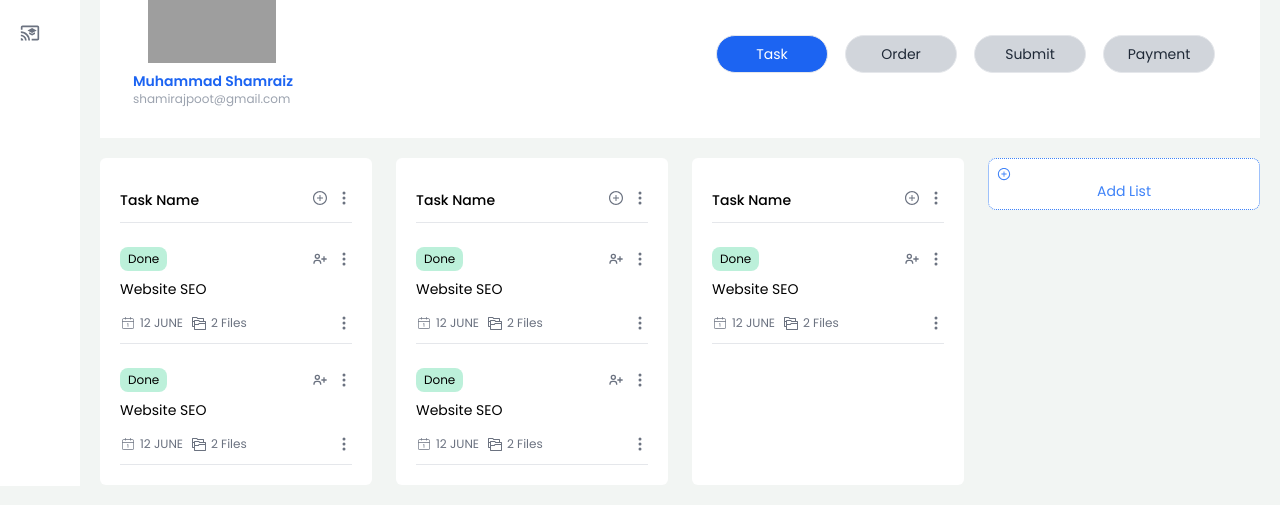
Repository: Shamraiz761/Frontend-Assessment
Page: /
The author's editor kept a copy of each file at every save. The page is drawn from the files as they stood at one save, then again after the next save.
The browser window is 1280 px wide. The pictures show the part of the page from y = 234 to 739 px (the page is 739 px tall).
Pictures or frames that could not be fetched are drawn as grey boxes. The project was rebuilt for these pictures with package versions that can differ from the ones it lists, and the page was loaded fresh each time. Also part of the build but not shown: vite.config.js. Imported but missing from the stored project, and not drawn on this page: src/pages/auth/login.

Above is the page before, as saved 2023-06-09 12:33:04.

### src/main.jsx
import ReactDOM from 'react-dom/client'

import React from 'react'

import App from './App.jsx'
import './index.css'

ReactDOM.createRoot(document.getElementById('root')).render(
  <React.StrictMode>
    <App />
  </React.StrictMode>,
)

### src/App.jsx
import React from 'react'
import { DndProvider } from 'react-dnd'
import { HTML5Backend } from 'react-dnd-html5-backend'
import 'flowbite'

import AppRoutes from './routes'

export default function App() {
  return (
    <DndProvider backend={HTML5Backend}>
      <AppRoutes />
    </DndProvider>
  )
}

### src/index.css
@import url("https://fonts.googleapis.com/css2?family=Poppins:wght@400;500;600;700;800;900&display=swap");

@tailwind base;
@tailwind components;
@tailwind utilities;

* {
  margin: 0;
  padding: 0;
}

body {
  margin: 0;
  font-family: "Poppins", -apple-system, BlinkMacSystemFont, "Segoe UI",
    "Roboto", "Oxygen", "Ubuntu", "Cantarell", "Fira Sans", "Droid Sans",
    "Helvetica Neue", sans-serif;
  -webkit-font-smoothing: antialiased;
  -moz-osx-font-smoothing: grayscale;
  width: 100vw;
  overflow-x: hidden;
  background-color: #f2f5f3;
  /* background: linear-gradient(180deg, #faefe8 0%, #edc7ac 100%); */
}

code {
  font-family: source-code-pro, Menlo, Monaco, Consolas, "Courier New",
    monospace;
}

.pointer-cursor {
  cursor: pointer;
}

.cusBorder {
  border: 1px solid #000;
  border-radius: 5px;
}

img {
  cursor: pointer;
}
.errors {
  color: #dc3545;
  padding: 0;
  margin: 0;
  font-size: 12px;
}
.loader {
  position: fixed;
  top: 0;
  bottom: 0;
  left: 0;
  right: 0;
  background-color: rgba(47, 151, 161, 0.32);

  display: flex;
  justify-content: center;
  align-items: center;
}

.link {
  color: #000;
  cursor: pointer;
  text-decoration: none;
}
.link:hover {
  color: #000;
}

.trans-btn {
  background-color: transparent;
  border: none;
}
.profile-logout-btn {
  border: 0;
}
.profile-logout-btn:hover {
  border: 0;
}
.profile-btn {
  border-radius: 0;
  border: 0;
}
.logout-btn {
  border-radius: 0;
  border: 0;
}
.logout-btn:hover {
  background-color: rgba(220, 53, 69, 0.5);
  border: 0;
  color: #fff;
}
.breadcrumbs ul {
  list-style: none;
  display: inline-block;
}

.breadcrumbs ul li {
  display: inline;
}

.breadcrumbs ul li .bc-link {
  /* display: block; */
  width: max-content;
  background-color: #f8f9fa;
  padding: 6px 15px 6px 25px;
  text-align: center;
  position: relative;
  margin: 0 10px 0 0;
  font-size: 15px;
  text-decoration: none;
  color: #000;
}
.breadcrumbs ul li .bc-link::after {
  content: "";
  border-top: 17px solid transparent;
  border-bottom: 17px solid transparent;
  border-left: 17px solid #f8f9fa;
  position: absolute;
  top: 0;
  right: -17px;
  z-index: 1;
}
.breadcrumbs ul li .bc-link::before {
  content: "";
  border-top: 17px solid transparent;
  border-bottom: 17px solid transparent;
  border-left: 17px solid #71cdd5;
  position: absolute;
  top: 0;
  left: 0;
}
.breadcrumbs ul li:first-child .bc-link {
  border-top-left-radius: 5px;
  border-bottom-left-radius: 5px;
}
.breadcrumbs ul li:first-child .bc-link::before {
  display: none;
}

.breadcrumbs ul li:last-child .bc-link {
  padding-right: 20px;
  border-top-right-radius: 5px;
  border-bottom-right-radius: 5px;
}
.breadcrumbs ul li:last-child .bc-link::after {
  display: none;
}

@media screen and (max-width: 500px) {
  .breadcrumbs ul li .bc-link {
    /* display: block; */
    padding: 2px 2px 2px 13px;
    /* margin: 0 10px 0 0; */
    font-size: 14px;
  }

  .breadcrumbs ul li .bc-link::after {
    content: "";
    border-top: 11.6px solid transparent;
    border-bottom: 11.6px solid transparent;
    border-left: 11.6px solid #f8f9fa;
    position: absolute;
    top: 0;
    right: -11.6px;
    z-index: 1;
  }
  .breadcrumbs ul li .bc-link::before {
    content: "";
    border-top: 11.6px solid transparent;
    border-bottom: 11.6px solid transparent;
    border-left: 11.6px solid #71cdd5;
    position: absolute;
    top: 0;
    left: 0;
  }
  .breadcrumbs ul li:last-child .bc-link {
    padding-right: 5px;
  }
}

@media screen and (max-width: 350px) {
  .breadcrumbs ul li .bc-link {
    /* display: block; */
    padding: 2px 2px 2px 12px;
    /* margin: 0 10px 0 0; */
    font-size: 10px;
  }

  .breadcrumbs ul li .bc-link::after {
    content: "";
    border-top: 9px solid transparent;
    border-bottom: 9px solid transparent;
    border-left: 9px solid #f8f9fa;
    position: absolute;
    top: 0;
    right: -9px;
    z-index: 1;
  }
  .breadcrumbs ul li .bc-link::before {
    content: "";
    border-top: 9px solid transparent;
    border-bottom: 9px solid transparent;
    border-left: 9px solid #edc7ac;
    position: absolute;
    top: 0;
    left: 0;
  }
  .breadcrumbs ul li:last-child .bc-link {
    padding-right: 5px;
  }
}

/* ********************************************** */

### src/routes/index.jsx
import {
  createBrowserRouter,
  createRoutesFromElements,
  RouterProvider,
  Route,
} from "react-router-dom";

import * as React from "react";

import Layout from "./layout";
import Root from "./root";

import Home from "../pages/dashboard";
import Login from "../pages/auth/login";
import Header from "../components/header/index";

export default function AppRoutes() {
  const router = createBrowserRouter(
    createRoutesFromElements(
      <Route path="/" element={<Root />}>
        <Route path="/login" element={<Login />} />

        <Route element={<Layout />}>
          <Route path="/" element={<Home />} />
        </Route>
      </Route>
    )
  );

  return <RouterProvider router={router} />;
}

### src/routes/layout.jsx
import { Link, Outlet, useNavigate } from "react-router-dom";
import { Gi3DGlasses } from "react-icons/gi";
import { CgProfile } from "react-icons/cg";
import { BsArrowLeft, BsFillChatSquareTextFill } from "react-icons/bs";
import { MdOutlineDashboard, MdOutlineCastForEducation } from "react-icons/md";

import React, { useState } from "react";
import Header from "../components/header/index";

export default function Layout() {
  const [open, setOpen] = useState(false);
  const [type, setType] = useState(false);
  const navigate = useNavigate();
  return (
    <div>
      {/* {loading && <LoadingSpinner asOverlay />} */}
      <div
        className={` h-screen bg-white  p-3 ${
          open ? "w-56" : "w-20"
        } fixed top-0 sidebar z-50`}
      >
        {/* Logo */}

        <div className="flex flex-row justify-center">
          <svg
            width="67"
            height="67"
            viewBox="0 0 67 67"
            fill="none"
            xmlns="http://www.w3.org/2000/svg"
            className={` text-4xl block float-left cursor-pointer rounded duration-500 ${
              !open && "rotate-[360deg]"
            }`}
            onClick={() => {
              setOpen(!open);
              setType(false);
            }}
          >
            <path
              d="M22.138 15.2984L30.8759 24.0363C32.3276 25.488 34.7005 25.488 36.1522 24.0363L44.8901 15.2984C47.2351 12.9534 45.588 8.90552 42.238 8.90552H24.7622C21.4401 8.90552 19.7651 12.9534 22.138 15.2984Z"
              fill="#208FF5"
            />
            <path
              d="M22.138 51.7017L30.8759 42.9637C32.3276 41.5121 34.7005 41.5121 36.1522 42.9637L44.8901 51.7017C47.2351 54.0467 45.588 58.0946 42.238 58.0946H24.7622C21.4401 58.0946 19.7651 54.0467 22.138 51.7017Z"
              fill="#208FF5"
            />
            <path
              d="M6.03002 31.9088L12.423 21.8588C13.428 20.2676 15.6614 20.0163 17.0014 21.3563L27.0514 31.4063C28.1959 32.5509 28.1959 34.4213 27.0514 35.5659L17.0014 45.6159C15.6614 46.9559 13.456 46.7047 12.423 45.1134L6.03002 35.0634C5.44377 34.1142 5.44377 32.8859 6.03002 31.9088Z"
              fill="#208FF5"
            />
            <path
              d="M60.9701 31.9088L54.5771 21.8588C53.5721 20.2676 51.3387 20.0163 49.9987 21.3563L39.9488 31.4063C38.8042 32.5509 38.8042 34.4213 39.9488 35.5659L49.9987 45.6159C51.3387 46.9559 53.5442 46.7047 54.5771 45.1134L60.9701 35.0634C61.5563 34.1142 61.5563 32.8859 60.9701 31.9088Z"
              fill="#208FF5"
            />
          </svg>
        </div>

        {/* Search */}

        <ul className="pt-2">
          {/* Dashboard */}
          <Link
            to="/"
            className={` rounded-md text-gray-500  text-xs flex items-center gap-x-4 cursor-pointer hover:bg-gray-50 hover:text-blue-500 py-4 p-2`}
          >
            <span className="text-xl block float-left">
              <MdOutlineDashboard />
            </span>
            <span
              className={` text-sm font-md flex-1
          ${!open && "hidden"}`}
            >
              Marketplace
            </span>
          </Link>

          <Link
            className={` rounded-md text-gray-500  text-xs flex items-center gap-x-4 cursor-pointer hover:bg-gray-50 hover:text-blue-500 py-4 p-2`}
            to="/profile"
          >
            <span className="text-xl block float-left">
              <CgProfile />
            </span>
            <span
              className={` text-xs font-md flex-1
          ${!open && "hidden"}`}
            >
              Profile
            </span>
          </Link>

          {/* Lens */}
          <Link
            className={` rounded-md text-gray-500  text-xs flex items-center gap-x-4 cursor-pointer hover:bg-gray-50 hover:text-blue-500 py-4 p-2`}
            to="/chat"
          >
            <span className="text-lg block float-left">
              <BsFillChatSquareTextFill />
            </span>
            <span
              className={` text-xs font-md flex-1
          ${!open && "hidden"}`}
            >
              Chat
            </span>
          </Link>

          {/* Orders */}
          <Link
            className={` rounded-md text-gray-500  text-xs flex items-center gap-x-4 cursor-pointer hover:bg-gray-50 hover:text-blue-500 py-4 p-2`}
            to="/education"
          >
            <span className="text-xl block float-left">
              <MdOutlineCastForEducation />
            </span>
            <span
              className={` text-xs font-md flex-1
          ${!open && "hidden"}`}
            >
              Education
            </span>
          </Link>
        </ul>
      </div>
      <div className={` ${open ? "ml-56" : "ml-20"}`}>
        <Header />
        <Outlet />
      </div>
    </div>
  );
}

### src/routes/root.jsx
import { Outlet } from 'react-router-dom'

import React from 'react'

export default function Root() {
    return (
        <Outlet />
    )
}

### src/pages/Dashboard/index.jsx
import { AiOutlinePlusCircle } from "react-icons/ai";
import { BsThreeDotsVertical } from "react-icons/bs";

import React from "react";

import "./index.css";
import Profile from "../../components/dashboard/profile";
import Card from "../../components/dashboard/card";

function Home() {
  return (
    <div>
      <Profile />
      <div className="m-5 grid grid-cols-1 sm:grid-cols-2 md:grid-cols-3 lg:grid-cols-4 gap-6 ">
        <div className="bg-white p-5 rounded-md">
          <div className="flex flex-row justify-between py-3 border-b">
            <div className="text-sm font-medium">Task Name</div>
            <div className="flex flex-row text-gray-500">
              <AiOutlinePlusCircle className="mr-2" />
              <BsThreeDotsVertical />
            </div>
          </div>
          <Card />
          <Card />
        </div>
        <div className="bg-white p-5 rounded-md">
          <div className="flex flex-row justify-between py-3 border-b">
            <div className="text-sm font-medium">Task Name</div>
            <div className="flex flex-row text-gray-500">
              <AiOutlinePlusCircle className="mr-2" />
              <BsThreeDotsVertical />
            </div>
          </div>
          <Card />
          <Card />
        </div>
        <div className="bg-white p-5 rounded-md">
          <div className="flex flex-row justify-between py-3 border-b">
            <div className="text-sm font-medium">Task Name</div>
            <div className="flex flex-row text-gray-500">
              <AiOutlinePlusCircle className="mr-2" />
              <BsThreeDotsVertical />
            </div>
          </div>
          <Card />
        </div>

        <div>
          <button
            data-modal-target="defaultModal"
            data-modal-toggle="defaultModal"
            className="bg-white text-blue-500 rounded-lg border border-dotted border-blue-500 px-2 py-2 text-sm w-full"
            type="button"
          >
            <AiOutlinePlusCircle className="mr-2" /> Add List
          </button>
          <div>
            <div
              id="defaultModal"
              tabIndex={-1}
              aria-hidden="true"
              className="fixed top-0 left-0 right-0 z-50 hidden w-full p-4 overflow-x-hidden overflow-y-auto md:inset-0 h-[calc(100%-1rem)] max-h-full"
            >
              <div className="relative w-full max-w-2xl max-h-full">
                {/* Modal content */}
                <div className="relative bg-white rounded-lg shadow dark:bg-gray-700">
                  {/* Modal header */}
                  <div className="flex items-start justify-between p-4 border-b rounded-t dark:border-gray-600">
                    <h3 className="text-xl font-semibold text-gray-900 dark:text-white">
                      Terms of Service
                    </h3>
                    <button
                      type="button"
                      className="text-gray-400 bg-transparent hover:bg-gray-200 hover:text-gray-900 rounded-lg text-sm p-1.5 ml-auto inline-flex items-center dark:hover:bg-gray-600 dark:hover:text-white"
                      data-modal-hide="defaultModal"
                    >
                      <svg
                        aria-hidden="true"
                        className="w-5 h-5"
                        fill="currentColor"
                        viewBox="0 0 20 20"
                        xmlns="http://www.w3.org/2000/svg"
                      >
                        <path
                          fillRule="evenodd"
                          d="M4.293 4.293a1 1 0 011.414 0L10 8.586l4.293-4.293a1 1 0 111.414 1.414L11.414 10l4.293 4.293a1 1 0 01-1.414 1.414L10 11.414l-4.293 4.293a1 1 0 01-1.414-1.414L8.586 10 4.293 5.707a1 1 0 010-1.414z"
                          clipRule="evenodd"
                        />
                      </svg>
                      <span className="sr-only">Close modal</span>
                    </button>
                  </div>
                  {/* Modal body */}
                  <div className="p-6 space-y-6">
                    <p className="text-base leading-relaxed text-gray-500 dark:text-gray-400">
                      With less than a month to go before the European Union
                      enacts new consumer privacy laws for its citizens,
                      companies around the world are updating their terms of
                      service agreements to comply.
                    </p>
                    <p className="text-base leading-relaxed text-gray-500 dark:text-gray-400">
                      The European Union’s General Data Protection Regulation
                      (G.D.P.R.) goes into effect on May 25 and is meant to
                      ensure a common set of data rights in the European Union.
                      It requires organizations to notify users as soon as
                      possible of high-risk data breaches that could personally
                      affect them.
                    </p>
                  </div>
                  {/* Modal footer */}
                  <div className="flex items-center p-6 space-x-2 border-t border-gray-200 rounded-b dark:border-gray-600">
                    <button
                      data-modal-hide="defaultModal"
                      type="button"
                      className="text-white bg-blue-700 hover:bg-blue-800 focus:ring-4 focus:outline-none focus:ring-blue-300 font-medium rounded-lg text-sm px-5 py-2.5 text-center dark:bg-blue-600 dark:hover:bg-blue-700 dark:focus:ring-blue-800"
                    >
                      I accept
                    </button>
                    <button
                      data-modal-hide="defaultModal"
                      type="button"
                      className="text-gray-500 bg-white hover:bg-gray-100 focus:ring-4 focus:outline-none focus:ring-blue-300 rounded-lg border border-gray-200 text-sm font-medium px-5 py-2.5 hover:text-gray-900 focus:z-10 dark:bg-gray-700 dark:text-gray-300 dark:border-gray-500 dark:hover:text-white dark:hover:bg-gray-600 dark:focus:ring-gray-600"
                    >
                      Decline
                    </button>
                  </div>
                </div>
              </div>
            </div>
          </div>
        </div>
      </div>
    </div>
  );
}
export default Home;

### src/components/header/index.jsx
import { IoIosNotifications } from "react-icons/io";

import React from "react";
import { CgProfile } from "react-icons/cg";

function Header() {
  return (
    <div>
      {/* component */}
      <nav className=" bg-white w-full flex relative justify-between items-center mx-auto px-8 py-4 h-16">
        {/* search bar */}
        <div className="hidden sm:block flex-shrink flex-grow-0 justify-start px-2">
          <div className="inline-block">
            <div className="inline-flex items-center max-w-full">
              <input
                className="flex items-center text-gray-400 bg-slate-50 justify-between  flex-grow-0  relative w-72 border rounded-lg  py-1"
                type="search"
                placeholder="Search"
              />

              <div className="flex items-center justify-center relative  h-8 w-24 rounded-full"></div>
            </div>
          </div>
        </div>

        <div className="flex-initial">
          <div className="flex justify-end items-center relative">
            <div className="block">
              <div className="inline relative sm:flex sm:flex-row sm:justify-center">
                <button
                  type="button"
                  className="inline-flex items-center relative px-2  rounded-full hover:shadow-lg"
                >
                  <IoIosNotifications className="text-gray-400 text-xl" />
                </button>
                <button
                  type="button"
                  className="inline-flex items-center relative px-2  rounded-full hover:shadow-lg"
                >
                  <CgProfile className="text-gray-400 text-xl" />
                </button>
              </div>
            </div>
          </div>
        </div>
        {/* end login */}
      </nav>
    </div>
  );
}

export default Header;

### src/pages/Dashboard/index.css
.dashboard-cover-iamge{
    background: url("../../assets/images/dashboard-back.png");
    background-position: center;
    background-repeat: no-repeat;
    background-size: cover;

}

### src/components/dashboard/profile.jsx
import profile from "../../assets/images/Ellipse 1631.png";

import React from "react";

function Profile() {
  return (
    <div className="m-5  w-[11/12] md:h-72 h-[360px]  bg-white">
      <div className="dashboard-cover-iamge h-[150px]  w-[100%]"></div>
      <div className="grid lg:grid-cols-2 grid-cols-1 md:grid-cols-2 flex-row justify-between flex-wrap">
        <div className="ml-12">
          <img src={profile} className="h-32 w-32 mt-[-65px]  " />
          <h1 className="text-blue-600 font-semibold text-sm ml-[-15px] mt-2">
            Muhammad Shamraiz
          </h1>
          <p className="text-gray-400 text-xs font-thin ml-[-15px]">
            shamirajpoot@gmail.com
          </p>
        </div>
        <div className="grid my-3 grid-cols-2 lg:grid-cols-4 md:justify-end justify-between mx-8 items-center ">
          <button className="btn border  rounded-full w-24 lg:w-28 m-1  px-4 py-2 bg-blue-600 text-sm  text-white">
            Task
          </button>
          <button className="btn border  rounded-full w-24 lg:w-28 m-1 px-4 py-2 bg-gray-300 text-sm  text-gray-800">
            Order
          </button>
          <button className="btn border  rounded-full w-24 lg:w-28  m-1 px-4 py-2 bg-gray-300 text-sm  text-gray-800">
            Submit
          </button>
          <button className="btn border  rounded-full w-24 lg:w-28 m-1 px-4 py-2 bg-gray-300 text-sm  text-gray-800">
            Payment
          </button>
        </div>
      </div>
    </div>
  );
}

export default Profile;

### src/components/dashboard/card.jsx
import { BiUserPlus } from "react-icons/bi";
import { CiCalendarDate } from "react-icons/ci";
import { VscFileSubmodule } from "react-icons/vsc";
import { BsThreeDotsVertical } from "react-icons/bs";

import React from "react";

function Card() {
  return (
    <div className="border-b py-3">
      <div className="flex flex-row justify-between mt-3 ">
        <span className="bg-green-200 px-2 py-1 rounded-lg text-xs font-thin">
          Done
        </span>
        <div className="flex flex-row text-gray-500 mt-1">
          <BiUserPlus className="mr-2 " />
          <BsThreeDotsVertical />
        </div>
      </div>
      <h1 className="text-sm my-2">Website SEO</h1>

      <div className="flex flex-row justify-between mt-3">
        <div className="flex flex-row">
          <div className="flex flex-row text-gray-500 mt-1">
            <CiCalendarDate className="mr-1" />
            <p className="text-xs font-thin text-gray-500 mr-2">12 JUNE</p>
          </div>
          <div className="flex flex-row text-gray-500 mt-1">
            <VscFileSubmodule className="mr-1" />
            <p className="text-xs font-thin text-gray-500 mr-2">2 Files</p>
          </div>
        </div>
        <div className="flex flex-row text-gray-500 mt-1">
          <BsThreeDotsVertical />
        </div>
      </div>
    </div>
  );
}

export default Card;

### tailwind.config.cjs
const colors = require('tailwindcss/colors');
const defaultTheme = require('tailwindcss/defaultTheme');

module.exports = {
  content: ['./src/**/*.{js,jsx,ts,tsx}', "node_modules/flowbite/**/*.js"],
  theme: {
    extend: {
      colors: {
        // set primary color from figma
        // primary: {
        // },
      },
      fontFamily: {
        poppins: ['Poppins', ...defaultTheme.fontFamily.sans],
      },
      fontSize: {
        xxs: '0.5rem',
      },
    },
  },
  plugins: [
    require('flowbite/plugin')
  ],

};

Loaded but not shown: index.html (common file)

After the next save:
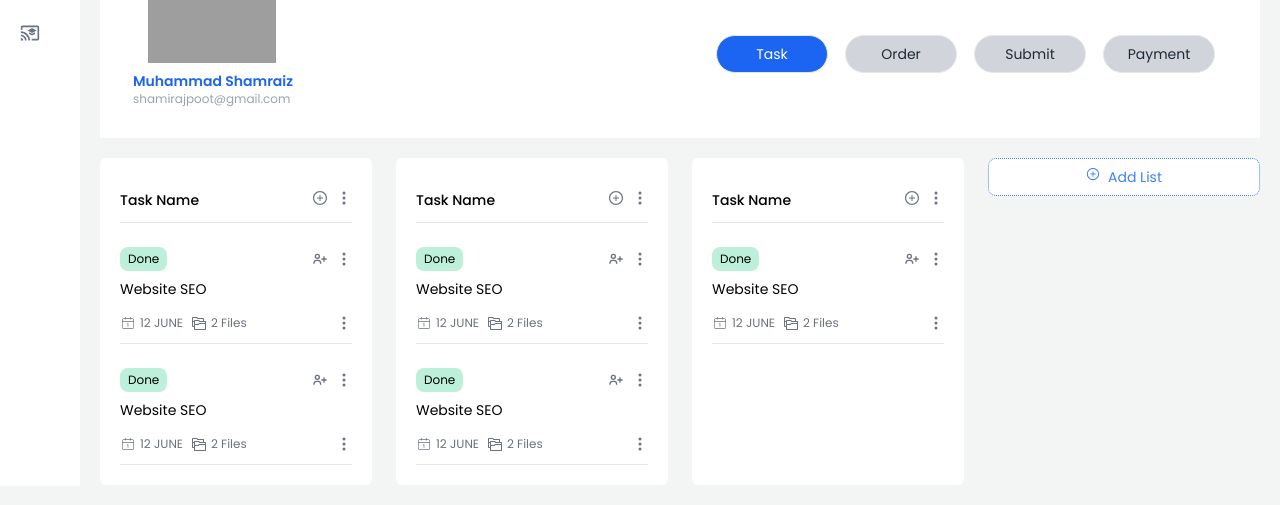
Saved 70 s later.
--- a/src/pages/Dashboard/index.jsx
+++ b/src/pages/Dashboard/index.jsx
@@ -49,10 +49,11 @@ function Home() {
           <button
             data-modal-target="defaultModal"
             data-modal-toggle="defaultModal"
-            className="bg-white text-blue-500 rounded-lg border border-dotted border-blue-500 px-2 py-2 text-sm w-full"
+            className="bg-white flex flex-row justify-center text-blue-500 rounded-lg border border-dotted border-blue-500 px-2 py-2 text-sm w-full"
             type="button"
           >
-            <AiOutlinePlusCircle className="mr-2" /> Add List
+            <AiOutlinePlusCircle className="mr-2" />
+            <h1>Add List</h1>
           </button>
           <div>
             <div
